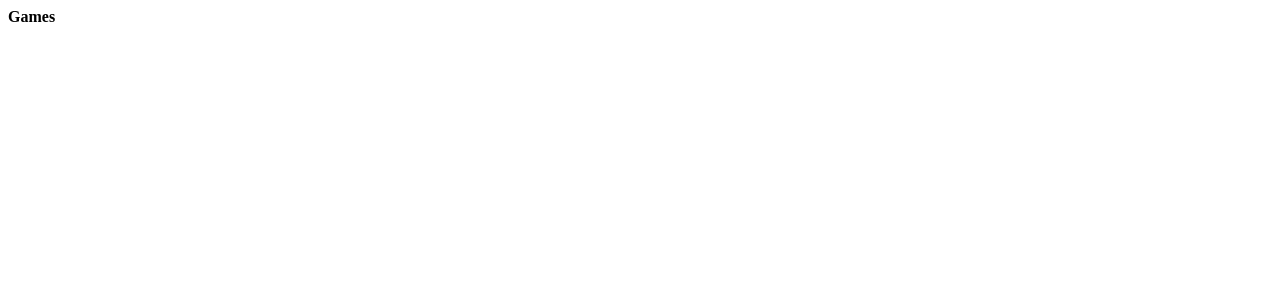
Repository: StevenZsombo/games
Page: docs/index_github.html
An editor plug-in stored every save of this project. The page is shown before and after the next save, followed by the edit.
The browser window is 1280 px wide. The pictures show the whole page.

Above is the page before, as saved 2025-07-03 09:28:23.
Console error: SyntaxError: Unexpected identifier 'files'

After the next save:
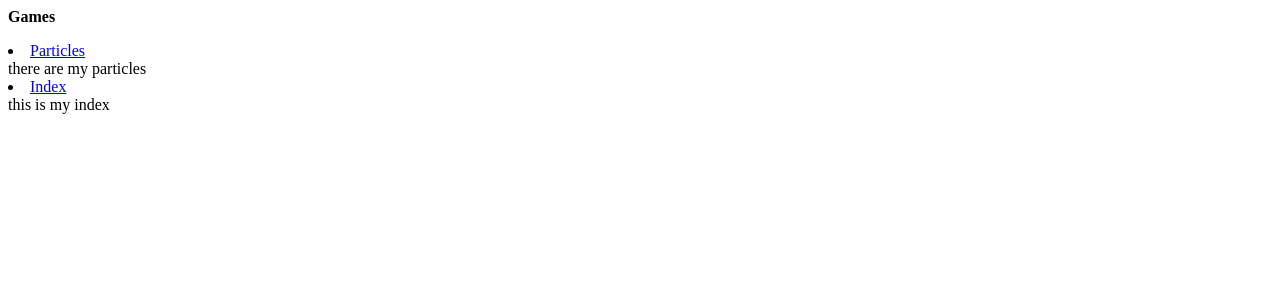
The error is gone.
Saved 10 min 0 s later.
--- a/docs/index_github.html
+++ b/docs/index_github.html
@@ -10,18 +10,16 @@
 
 <script>
     const files = {
-        Particles : "yay",
-        Index: "wow"
+        Particles: "there are my particles",
+        Index: "this is my index"
     }
 
-    for (let  of files) {
+    for (let [file, txt] of Object.entries(files)) {
         const listitem = document.createElement('li')
-        const link = document.createElement('a')
-        link.href = `${file.toLowerCase()}.html`
-        link.textContent =
-        listitem.appendChild(link)
+        listitem.innerHTML = `<a href="${file.toLowerCase()}.html">${file}</a>
+        <br>
+        ${txt}`
         document.body.appendChild(listitem)
-        document.body.insertAdjacentHTML('beforeend', '<br>')
     }
 
 </script>
